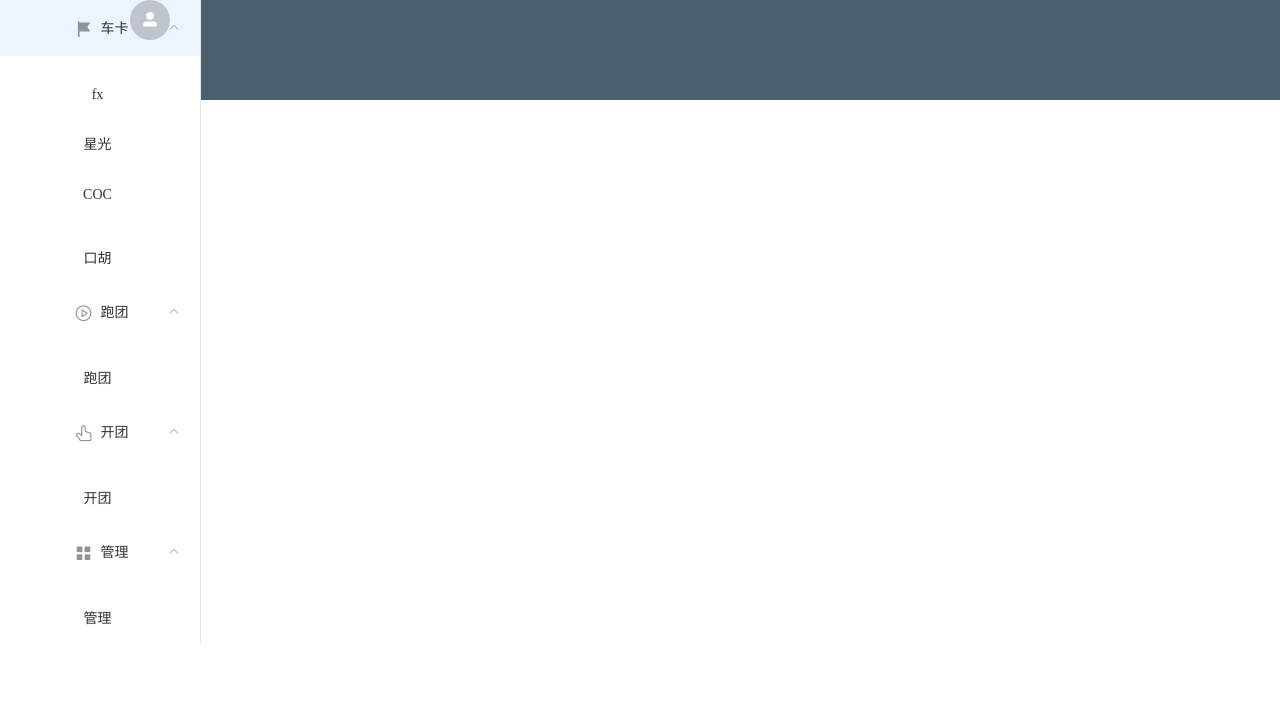
Repository: redlout/ptgkd
Page: /
These files come from the project's save history. The page is drawn as it stood at one moment and after the next save; the edit follows.
The browser window is 1280 px wide. The pictures show the whole page.
The project was rebuilt for these pictures with package versions that can differ from the ones it lists, and the page was loaded fresh each time. Also part of the build but not shown: src/mock/mock.js, src/views/Login.vue, src/components/SvgIcon/index.vue.

Above is the page before, as saved 2019-09-02 22:00:07.

### index.html
<!DOCTYPE html>
<html>
  <head>
    <meta charset="utf-8">
    <meta name="viewport" content="width=device-width,initial-scale=1.0">
    <title>ptgkd</title>
  </head>
  <body>
    <div id="app"></div>
    <!-- built files will be auto injected -->
  </body>
</html>

<style>
body{
  margin:0;
  padding:0;
}
</style>

### src/main.js
// import '@/styles/index.scss'
// import 'normalize.css/normalize.css'
import Vue from 'vue'
import App from './App'
import router from './router'

import ElementUI from 'element-ui'
import 'element-ui/lib/theme-chalk/index.css'
import api from './http/index'
import './icons'
import store from './store'

Vue.config.productionTip = false
Vue.use(ElementUI);
Vue.use(api);

// Vue.use(api)
/* eslint-disable no-new */
new Vue({
  el: '#app',
  router,
  store,
  render: h => h(App)
})

### src/router/index.js
import Vue from 'vue'
import Router from 'vue-router'
import HelloWorld from '@/views/HelloWorld'
import Login from '@/views/Login'

Vue.use(Router)

const router = new Router({
  routes: [
    {
      path: '/',
      name: 'HelloWorld',
      component: HelloWorld
    },
    {
      path: '/login',
      name: 'Login',
      component: Login
    }
  ]
})

export default router

### src/http/index.js
// 导入所有接口
import apis from './api'

const install = Vue => {
    if (install.installed)
        return;

    install.installed = true;

    Object.defineProperties(Vue.prototype, {
        // 注意，此处挂载在 Vue 原型的 $api 对象上
        $api: {
            get() {
                return apis
            }
        }
    })
}

export default install

### src/icons/index.js
import Vue from 'vue'
import SvgIcon from '@/components/SvgIcon'// svg component

// register globally
Vue.component('svg-icon', SvgIcon)

const req = require.context('./svg', false, /\.svg$/)
const requireAll = requireContext => requireContext.keys().map(requireContext)
requireAll(req)

### src/store/index.js
import Vue from 'vue'
import vuex from 'vuex'

Vue.use(vuex);
import collapse from './modules/collapse.js'
const store = new vuex.Store({
    modules: {
        collapseState: collapse,
        // menu: mymenu
        // 其他
    }
})

export default store

### src/views/HelloWorld.vue
<template>
<div class="container" >
  <el-container style="height: 100%;" direction="vertical">
    <AsideBar></AsideBar>
          <HeadBar></HeadBar>
    <el-container>

      <el-main></el-main>
    </el-container>
  </el-container>
</div>
</template>

<script>
import AsideBar from "../components/AsideBar/index";
import HeadBar from "../components/HeadBar/index";
export default {
  name: "HelloWorld",
  data() {
    return {
      isCollapse: false
    };
  },
  components: {
    AsideBar,
    HeadBar
  },
  methods: {
    logout: function() {
      var _this = this;
      this.$confirm("确认退出吗?", "提示", {
        type: "warning"
      }).then(() => {
        // sessionStorage.removeItem("user");
        this.$router.push("/login");
      });
    }
  }
};
</script>

<style scoped>
  .container {
    position:absolute;
    top: 0px;
    left: 0px;
    right: 0px;
    background: #4b5f6e;
  }
</style>

### src/http/api.js
import axios from './axios'

const login = data =>{
    return axios({
        url: '/login',
        method: 'post',
        data
    })
}

const logout = () =>{
    return axios({

    })
}

export default{
    login,
    logout
}

### src/store/modules/collapse.js
export default {
    state: {
        collapse:false  // 导航栏收缩状态
    },
    getters: {
        collapse(state){// 对应着上面state
            return collapse;
        }
    },
    mutations: {
        collapse(state){  // 改变收缩状态
            state.collapse = !state.collapse;
        }
    },
    actions: {

    }
}

### src/components/AsideBar/index.vue
<template>
  <el-aside width="initial" style="background-color: rgb(238, 241, 246) ">
    <el-menu
      :default-openeds="['1','2','3','4']"
      class="el-menu-vertical-demo"
      :collapse="$store.state.collapseState.collapse"
      @open="handleopen"
      @close="handleclose"
      @select="handleselect"
    >
      <el-submenu index="1">
        <template slot="title">
          <i class="el-icon-s-flag"></i>
          <span slot="title">车卡</span>
        </template>
        <el-menu-item-group>
          <el-menu-item index="1-1">fx</el-menu-item>
          <el-menu-item index="1-2">星光</el-menu-item>
          <el-menu-item index="1-3">COC</el-menu-item>
        </el-menu-item-group>
        <el-menu-item-group>
          <el-menu-item index="1-1">口胡</el-menu-item>
        </el-menu-item-group>
      </el-submenu>
      <el-submenu index="2">
        <template slot="title">
          <i class="el-icon-video-play"></i>
          <span slot="title">跑团</span>
        </template>
        <el-menu-item-group>
          <el-menu-item index="2-1">跑团</el-menu-item>
        </el-menu-item-group>
      </el-submenu>
      <el-submenu index="3">
        <template slot="title">
          <i class="el-icon-thumb"></i>
          <span slot="title">开团</span>
        </template>
        <el-menu-item-group>
          <el-menu-item index="3-1">开团</el-menu-item>
        </el-menu-item-group>
      </el-submenu>
      <el-submenu index="4">
        <template slot="title">
          <i class="el-icon-menu"></i>
          <span slot="title">管理</span>
        </template>
        <el-menu-item-group>
          <el-menu-item index="3-1">管理</el-menu-item>
        </el-menu-item-group>
      </el-submenu>
    </el-menu>
  </el-aside>
</template>


<script>
export default {
  name: "AsideBar",
  data() {
    return {
      isCollapse: false,
      logo: ""
    };
  },
  methods: {
    handleopen() {
      console.log("handleopen");
    },
    handleclose() {
      console.log("handleclose");
    },
    handleselect(a, b) {
      console.log("handleselect");
    }
  }
};
</script>

<style>
.el-aside {
  background-color: #d3dce6;
  color: #333;
  text-align: center;
  line-height: 10px;
  position: absolute;
}
  .el-menu-vertical-demo:not(.el-menu--collapse) {
    width: 200px;
    min-height: 400px;
  }

    .menu-bar-width {
    width: 200px;
  }
  .menu-bar-collapse-width {
    width: 65px;
  }
</style>

### src/components/HeadBar/index.vue
<template>
<div>
    <el-header
      :class="$store.state.collapseState.collapse?'menu-bar-collapse-width':'menu-bar-width'"
    >
      <span @click="Oncollapse">
        <i class="el-icon-menu"></i>
      </span>

      <el-dropdown class="user-info-dropdown" trigger="hover">
        <el-avatar icon="el-icon-user-solid"></el-avatar>
        <el-dropdown-menu slot="dropdown">
          <el-dropdown-item>个人信息</el-dropdown-item>
          <el-dropdown-item>管理</el-dropdown-item>
          <el-dropdown-item divided @click="logout">登出</el-dropdown-item>
        </el-dropdown-menu>
      </el-dropdown>
    </el-header>
</div>
</template>

<script>
export default {
  data() {
    return {
      isCollapse: false
    };
  },
  methods: {
    Oncollapse: function() {
      this.$store.commit("collapse");
    }
  }
};
</script>

<style scoped lang="scss">
.el-header {
  // background-color: rgb(243, 217, 217);
  // position: absolute;
  // left: 200px;
  // right: 0px;
  // height: 60px;
  // line-height: 60px;

  .collapse-switcher {
    width: 40px;
    float: left;
    cursor: pointer;
    border-color: rgba(111, 123, 131, 0.8);
    border-left-width: 1px;
    border-left-style: solid;
    border-right-width: 1px;
    border-right-style: solid;
    color: white;
    background: #504e6180;
  }
  .user-info-dropdown {
  font-size: 20px;
  padding-right: 10px;
  color: #fff;
  cursor: pointer;
  float: right;
}
}

.menu-bar-width {
  left: 200px;
}
.menu-bar-collapse-width {
  left: 65px;
}


</style>

### src/http/axios.js
import axios from 'axios';
import qs from 'qs';
import Cookies from "js-cookie";
import router from "@/router"

export default function $axios(options){
    return new Promise((resolve, reject) => {
      console.log(options)
        const instance = axios.create({
            baseURL: 'http://localhost:8080/',
            headers: {'Content-Type': 'application/json;charset=UTF-8'},
            timeout: '10000',
            transformResponse: [function (data){
            }]
        })
        // request 拦截器
        instance.interceptors.request.use(function(config){
                let token = Cookies.get('token')
                console.log(config)
                if(1){
                    config.headers.accessToken = 111
                }else{
                    //重定向到登陆页面
                    router.push('/login')
                }
                if(config.method === 'post'){
                    if(config.data.__proto__ === FormData.prototype
                        || config.url.endsWith('path')
                        || config.url.endsWith('mark')
                        || config.url.endsWith('patchs')
                        ){
                        }else{
                          config.data = qs.stringify(config.data)
                          console.log(config.data)
                        }
                    }
                    return config
                },
                function (error) {
                // 请求超时
                console.log('request:', error)
                if(error.code === 'ECONNABORTED' && error.message.indexOf('timeout') !== -1){
                    console.log('timeout 请求超时')
                }
                // 重定向到错误页面
                const errorInfo = error.response
                console.log(errorInfo)
                if(errorInfo){
                    error = errorInfo.data
                    const errorStatus = errorInfo.statue; // 404 403 500 ...
                    router.push({
                        path:  `/error/${errorStatus}`
                    })
                }
                return Promise.reject(error)
            }
        )
        console.log(11111111111111)
        instance.interceptors.response.use(function(response){
                let data;
                if(response.data == undefined){
                  data = JSON.parse(response.request.responseText)
                }else{
                    data = response.data
                }

                //根据返回的code 来进行不同的处理
                switch(data.rc){
                    case 1:
                        console.log(data.desc)
                        break;
                    case 0:
                        store.commit('changeState')
                    default:

                }
                return data
            },
            function(err){
              console.log(999999)
                if (err && err.response) {
                    switch (err.response.status) {
                      case 400:
                        err.message = '请求错误'
                        break
                      case 401:
                        err.message = '未授权，请登录'
                        break
                      case 403:
                        err.message = '拒绝访问'
                        break
                      case 404:
                        err.message = `请求地址出错: ${err.response.config.url}`
                        break
                      case 408:
                        err.message = '请求超时'
                        break
                      case 500:
                        err.message = '服务器内部错误'
                        break
                      case 501:
                        err.message = '服务未实现'
                        break
                      case 502:
                        err.message = '网关错误'
                        break
                      case 503:
                        err.message = '服务不可用'
                        break
                      case 504:
                        err.message = '网关超时'
                        break
                      case 505:
                        err.message = 'HTTP版本不受支持'
                        break
                      default:
                    }
                  }
                  console.error(err)
                  return Promise.reject(err)
            }
        )
        //请求处理
        instance(options).then(res => {
          console.log(2222222)
            resolve(res)
            return false
        }).catch(error => {
          console.log(33333)
            reject(error)
        })
        console.log(4444)
    })
}

Loaded but not shown: src/App.vue (common file)

After the next save:
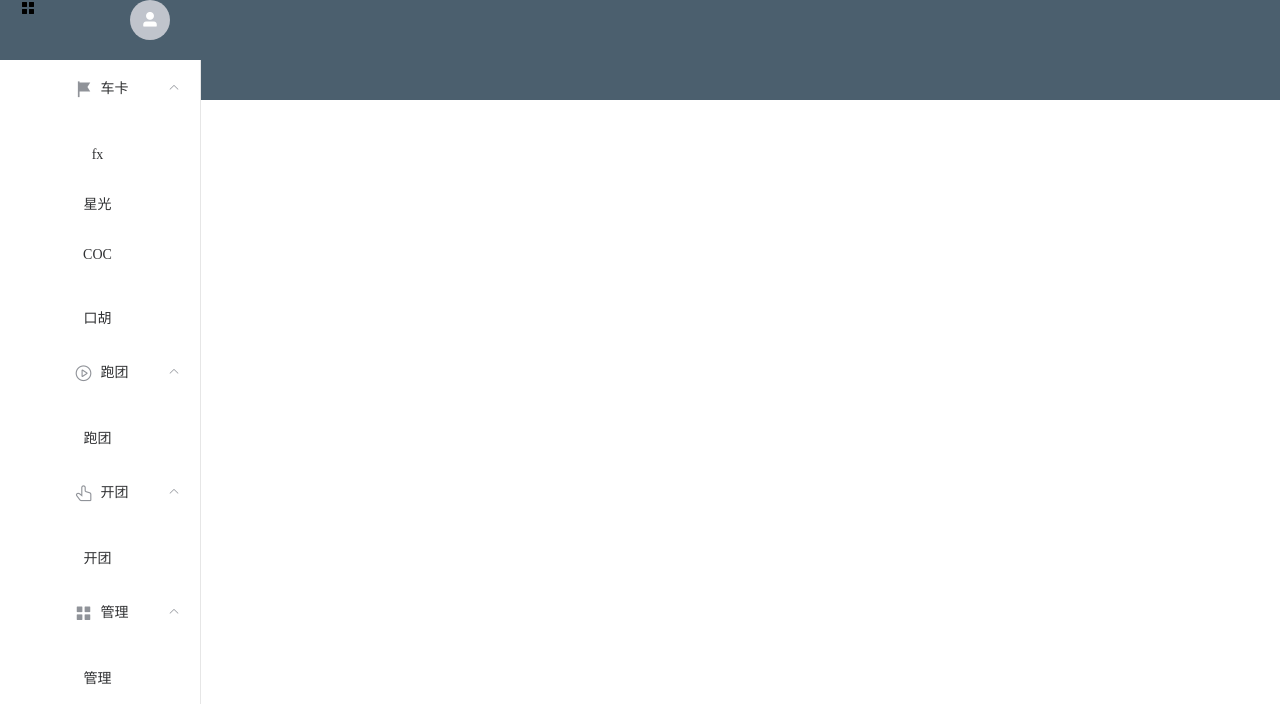
Saved 19 s later.
--- a/src/views/HelloWorld.vue
+++ b/src/views/HelloWorld.vue
@@ -1,9 +1,9 @@
 <template>
 <div class="container" >
   <el-container style="height: 100%;" direction="vertical">
-    <AsideBar></AsideBar>
-          <HeadBar></HeadBar>
+      <HeadBar></HeadBar>
     <el-container>
+          <AsideBar></AsideBar>
 
       <el-main></el-main>
     </el-container>
